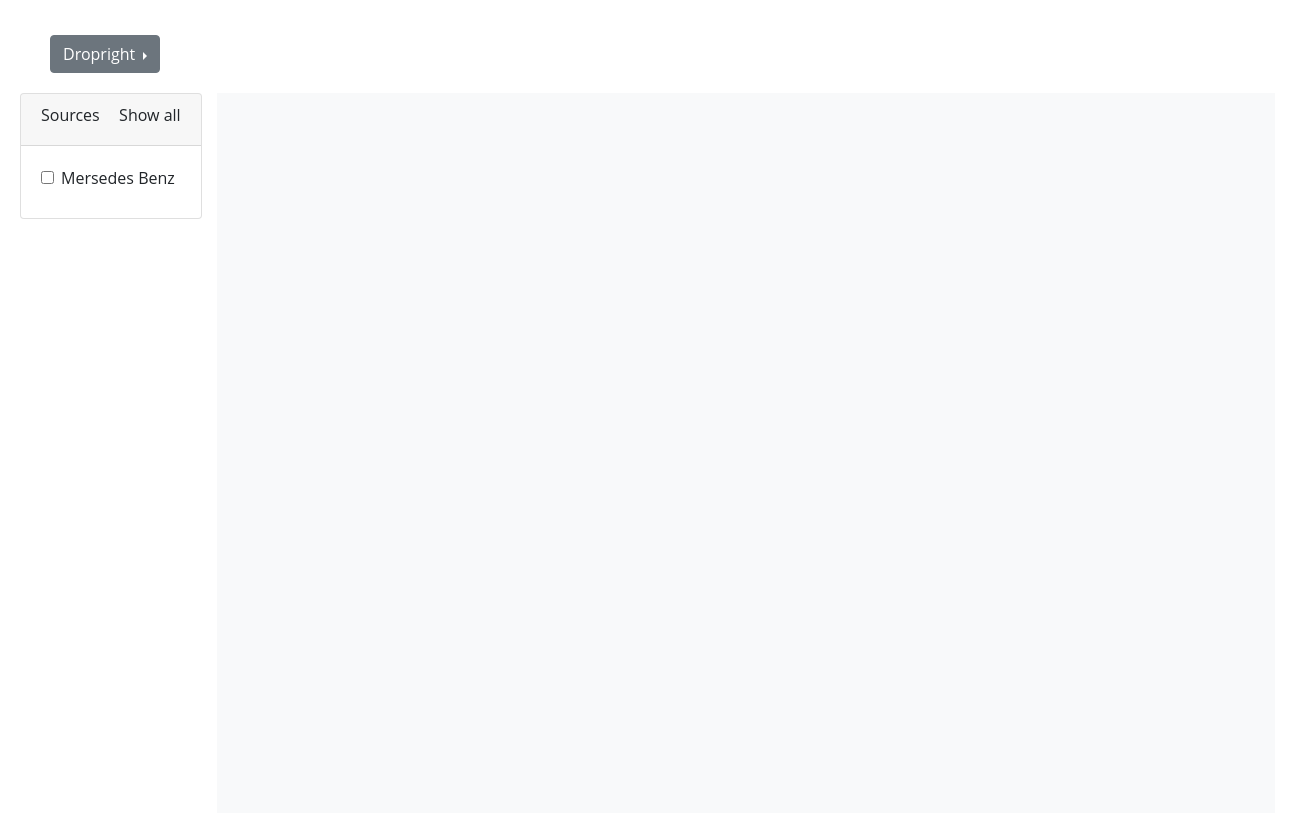
Repository: tts2610/GoogleNews
Page: index.html
The author's editor kept a copy of each file at every save. The page is drawn from the files as they stood at one save, then again after the next save.
The browser window is 1280 px wide. The page is 1295 px wide, so the pictures cover 1295 px, including what lies to the right of the window. The pictures show the whole page.
The page's requests for data from a server got no answer. Some web libraries are served in a nearby version.

Above is the page before, as saved 2020-05-21 01:24:53.

### index.html
<!DOCTYPE html>
<html lang="en">

<head>
    <meta charset="UTF-8">
    <meta name="viewport" content="width=device-width, initial-scale=1.0">
    <title>Document</title>
    <link rel="stylesheet" href="https://maxcdn.bootstrapcdn.com/bootstrap/4.4.1/css/bootstrap.min.css">

    <!-- jQuery library -->
    <script src="https://ajax.googleapis.com/ajax/libs/jquery/3.5.1/jquery.min.js"></script>

    <!-- Popper JS -->
    <script src="https://cdnjs.cloudflare.com/ajax/libs/popper.js/1.16.0/umd/popper.min.js"></script>

    <!-- Latest compiled JavaScript -->
    <script src="https://maxcdn.bootstrapcdn.com/bootstrap/4.4.1/js/bootstrap.min.js"></script>
    <link rel="stylesheet" href="css/style.css">

    <link href="https://unpkg.com/aos@2.3.1/dist/aos.css" rel="stylesheet">

    <link rel="stylesheet" href="https://cdnjs.cloudflare.com/ajax/libs/animate.css/4.0.0/animate.min.css" />
    <script src="js/moment.js"></script>
</head>

<body>
    <div class="myContainer">
        <div class="btn-group dropright" style="margin-left: -450px; margin-top: 35px;">
            <button type="button" class="btn btn-secondary dropdown-toggle" data-toggle="dropdown" aria-haspopup="true" aria-expanded="false">
              Dropright
            </button>
            <div class="dropdown-menu">
                <!-- Dropdown menu links -->
            </div>
        </div>
        <div class="row">
            <div class="col-2 sidenav">
                <div class="card">
                    <article class="card-group-item">
                        <header class="card-header">
                            <h6 class="title">Sources<span style="float: right; cursor: pointer;" onclick="showAll(1)">Show all</span></h6>
                        </header>
                        <div class="filter-content">
                            <div class="card-body">
                                <form id="sideNav">
                                    <label class="form-check">
                                        <input class="form-check-input" type="checkbox" value="">
                                        <span class="form-check-label">
                                            Mersedes Benz
                                        </span>
                                    </label>
                                </form>

                            </div>
                            <!-- card-body.// -->
                        </div>
                    </article>
                    <!-- card-group-item.// -->

                    <!-- card-group-item.// -->
                </div>

            </div>
            <div class="col-10 content" id="myContent">

            </div>
        </div>



    </div>

    <script src="js/script.js"></script>
    <script src="https://unpkg.com/aos@2.3.1/dist/aos.js"></script>
    <script>
        AOS.init();
    </script>
</body>

</html>

### css/style.css
body {
    margin: 0;
    font-family: 'Open Sans', sans-serif;
}

.myContainer {
    /* display: flex;
    justify-content: start; */
}

.sidenav {
    min-height: 100vh;
    width: 250px;
    float: left;
    position: relative;
}

#sideNav {
    overflow-y: scroll;
}

.content {
    height: 100vh;
    width: calc(100% - 200px);
    float: right;
    position: relative;
    background-color: #f8f9fa;
    overflow-y: scroll;
}

.blog-entry-left {
    text-align: left;
    padding: 10px;
    width: 70%;
}

.blog-entry {
    padding: 10px;
}

.row {
    padding: 20px;
}

#container-row {
    display: flex;
    justify-content: flex-end;
}

button {
    margin-left: 500px;
}

### js/script.js
let newsList = [];
const apiKey = "2dc86bcdc7184b17b45b74b30858f75a"
let page = 1;
let pageSize = 6;
let categoryList = [];
let q = "apple";

const loadNews = async(page) => {
    let sources = [];
    $("input:checkbox:checked").each(function() {
        sources.push($(this).val());
    });
    let url;
    if (!sources.length) {
        $("#currentNews").remove();
        url = `https://newsapi.org/v2/top-headlines?q=${q}&apiKey=${apiKey}&page=${page}&pageSize=${pageSize}`;

    } else {
        $("#myContent").empty();
        let sourceStr = sources.join(",");
        url = `https://newsapi.org/v2/top-headlines?q=${q}&page=${page}&pageSize=${pageSize}&sources=${sourceStr}&apiKey=${apiKey}`
    }



    let data = await fetch(url);
    let result = await data.json();
    $("#myContent").append(render(result));
    if (!sources.length)
        $('#myContent').append(`<button onclick="loadMoreFunction()" id="loadMoreBtn" type="button" class="btn btn-success my-4">Load more</button>`);
    $('#myContent').append(`<div id="currentNews" style="text-align:right;">Shown : ${result.articles.length} news</div>`);
}

function showAll() {
    $("input:checkbox:checked").each(function() {
        $(this).prop("checked", false);
    });
    loadNews(1);
}

$(document).ready(function() {
    countCategory();
    loadNews(page);

});

async function countCategory() {
    let filterUrl = `https://newsapi.org/v2/top-headlines?q=${q}&apiKey=${apiKey}`;
    let filterData = await fetch(filterUrl);
    let result = await filterData.json();
    result.articles.forEach((x, i) => {
        addToDictionary(x.source);
    });
    reloadFilter();
}


function loadMoreFunction() {
    page++;
    $("#loadMoreBtn").remove();
    $("#currentNews").remove();
    loadNews(page);
}

function reloadFilter() {
    $("#sideNav").empty();
    categoryList.forEach(element => {

        let html = `<label class="form-check">
        <input onchange="loadNews(1);" class="form-check-input" type="checkbox" id="${element.id}" value="${element.id}">
        <span class="form-check-label">
            ${element.category}(${element.count})
        </span>`;
        $("#sideNav").append(html);
    });
}

function addToDictionary(x) {
    let flag;
    for (let i = 0; i < categoryList.length; i++) {
        if (categoryList[i].id == x.id) {
            categoryList[i].count++;
            flag = true;
        }
    }
    if (!flag)
        categoryList.push({ id: x.id, category: x.name, count: 1 })
}

function render(result) {
    let innerHtml = result.articles.map(x => {
        return `<div class="row">
        <div class="news-img"><img class="rounded" src="${x.urlToImage}" width="200" height="200"></div>
        <div class="blog-entry-left">
            <div class="text">
                <h3 class="mb-2"><a href="single.html">${x.title}</a></h3>
                <div class="meta-wrap">
                    <p class="meta">
                        <span><i class="icon-calendar mr-2"></i>${moment(x.publishedAt).fromNow()}</span>
                        <span><a href="single.html"><i class="icon-folder-o mr-2"></i>${x.source.name}</a></span>
                        <span><i class="icon-comment2 mr-2"></i>5 Comment</span>
                    </p>
                </div>
                <p class="mb-4">${x.description}</p>
                <p><a href="#" class="btn-custom">Read More <span class="ion-ios-arrow-forward"></span></a></p>
            </div>
        </div>

    </div>`
    }).join('');
    return innerHtml;
}

Loaded but not shown: js/moment.js (library)

After the next save:
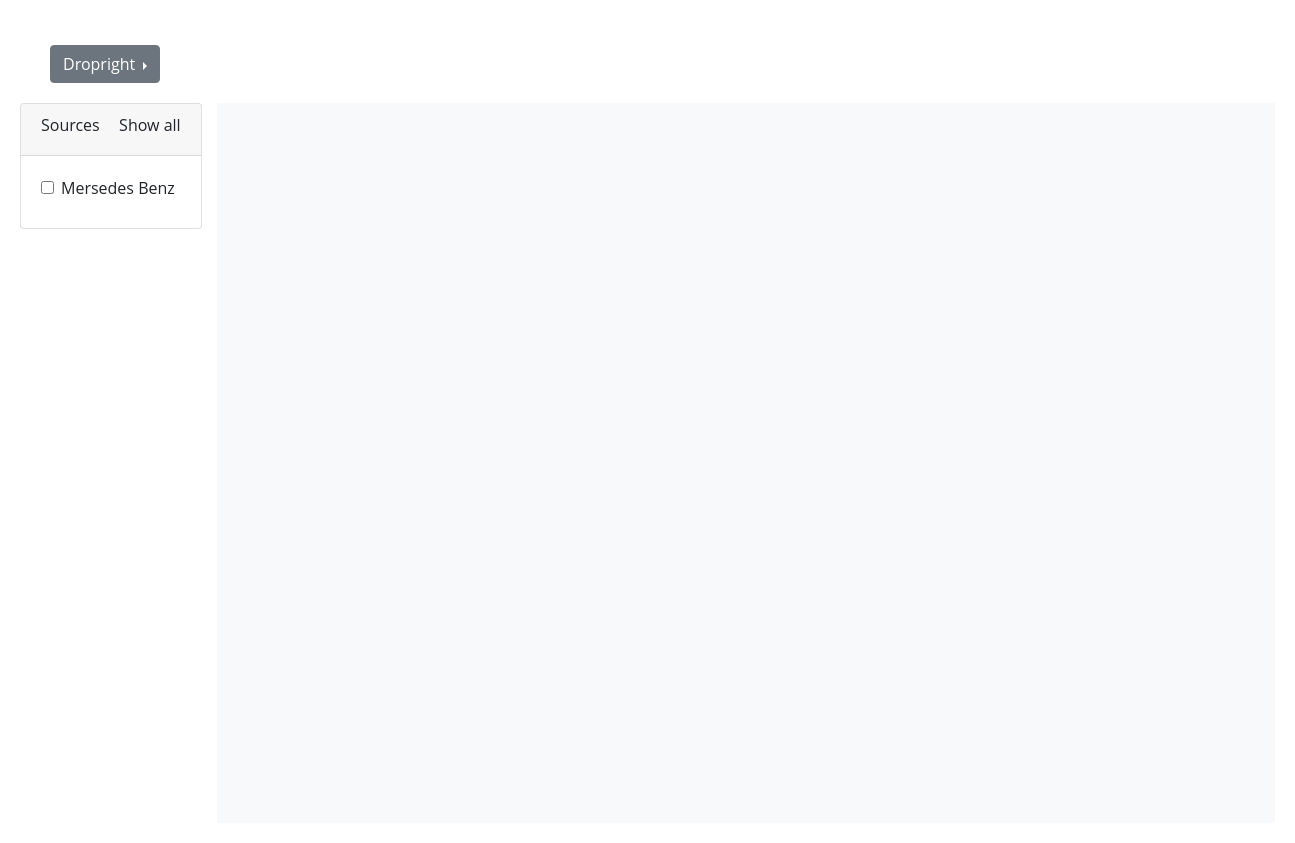
Saved 22 s later.
--- a/index.html
+++ b/index.html
@@ -25,7 +25,7 @@
 
 <body>
     <div class="myContainer">
-        <div class="btn-group dropright" style="margin-left: -450px; margin-top: 35px;">
+        <div class="btn-group dropright" style="margin-left: -450px; margin-top: 45px;">
             <button type="button" class="btn btn-secondary dropdown-toggle" data-toggle="dropdown" aria-haspopup="true" aria-expanded="false">
               Dropright
             </button>
